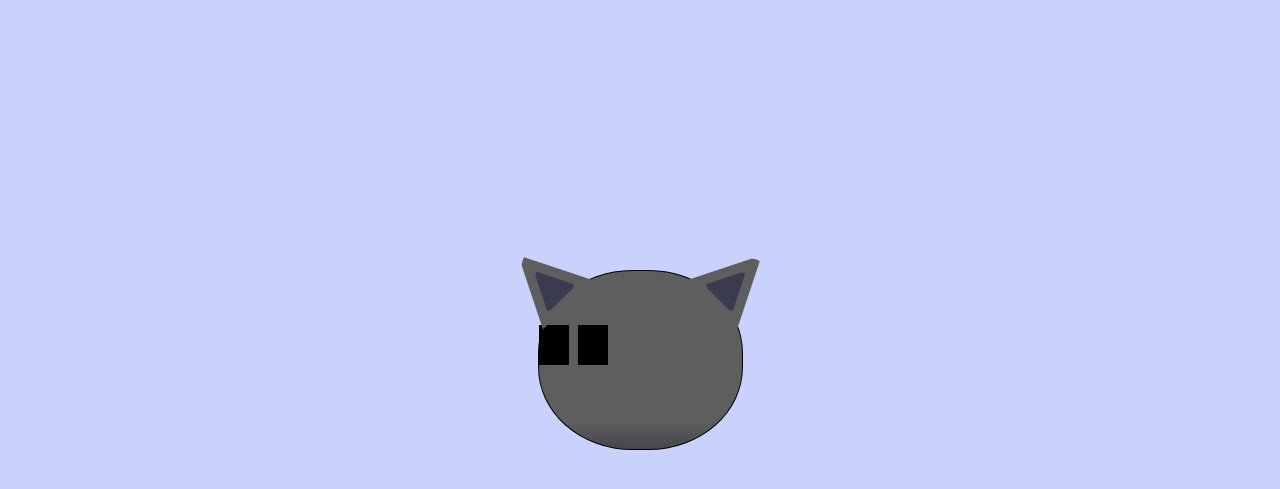
Repository: Lungdjos/cat_painting
Page: index.html
The author's editor kept a copy of each file at every save. The page is drawn from the files as they stood at one save, then again after a run of saves.
The browser window is 1280 px wide. The pictures show the whole page.

Above is the page before, as saved 2023-11-09 23:08:34.

### index.html
<!DOCTYPE html>
<html lang="en">

<head>
    <meta charset="UTF-8">
    <meta name="viewport" content="width=device-width, initial-scale=1.0">
    <title>fCC Cat Painting</title>
    <link rel="stylesheet" href="./styles.css">
</head>

<body>
    <main>
        <div class="cat-head">
            <div class="cat-ears">
                <div class="cat-right-ear">
                    <div class="cat-right-inner-ear"></div>
                </div>
                <div class="cat-left-ear">
                    <div class="cat-left-inner-ear"></div>
                </div>
            </div>
            <div class="cat-eyes">
                <div class="cat-left-eye">
                    <div class="cat-left-inner-eye"></div>
                </div>
                <div class="cat-right-eye">
                    <div class="cat-right-inner-eye"></div>
                </div>

            </div>
        </div>
    </main>

</body>

</html>

### styles.css
* {
    box-sizing: border-box;
}

body {
    background-color: #c9d2fc;
}

.cat-head {
    position: absolute;
    right: 0;
    left: 0;
    top: 0;
    bottom: 0;
    margin: auto;
    background: linear-gradient(#5e5e5e 85%, #45454f 100%);
    width: 205px;
    height: 180px;
    border: 1px solid #000;
    border-radius: 46%;
}

.cat-left-ear {
    position: absolute;
    top: -26px;
    left: -31px;
    z-index: 1;
    border-top-left-radius: 90px;
    border-top-right-radius: 10px;
    transform: rotate(-45deg);
    border-left: 35px solid transparent;
    border-right: 35px solid transparent;
    border-bottom: 70px solid #5e5e5e;
}

.cat-right-ear {
    position: absolute;
    top: -26px;
    left: 163px;
    transform: rotate(45deg);
    border-top-left-radius: 90px;
    border-top-right-radius: 10px;
    border-left: 35px solid transparent;
    border-right: 35px solid transparent;
    border-bottom: 70px solid #5e5e5e;
    z-index: 1;
}

.cat-left-inner-ear {
    border-left: 20px solid transparent;
    border-right: 20px solid transparent;
    border-bottom: 40px solid #3b3b4f;
    position: absolute;
    top: 22px;
    left: -20px;
    border-top-right-radius: 10px;
    border-top-left-radius: 90px;
    border-bottom-left-radius: 40%;
    border-bottom-right-radius: 40%;
}

.cat-right-inner-ear {
    border-left: 20px solid transparent;
    border-right: 20px solid transparent;
    border-bottom: 40px solid #3b3b4f;
    position: absolute;
    top: 22px;
    left: -20px;
    border-top-right-radius: 10px;
    border-top-left-radius: 90px;
    border-bottom-left-radius: 40%;
    border-bottom-right-radius: 40%;
}


/* .cat-left-inner-ear {
    border-left: 10px solid transparent;
    border-right: 10px solid transparent;
    border-bottom: 20px solid #fff;
    position: absolute;
    top: 11px;
    left: -10px;
    border-top-right-radius: 10px;
    border-top-left-radius: 90px;
    border-bottom-left-radius: 40%;
    border-bottom-right-radius: 40%;
    z-index: -1;
}

.cat-right-inner-ear {
    border-left: 10px solid transparent;
    border-right: 10px solid transparent;
    border-bottom: 20px solid #fff;
    position: absolute;
    top: 11px;
    left: -10px;
    border-top-right-radius: 10px;
    border-top-left-radius: 90px;
    border-bottom-left-radius: 40%;
    border-bottom-right-radius: 40%;
    z-index: -1;
} */

.cat-left-eye {
    width: 30px;
    height: 40px;
    background-color: #000;
    position: absolute;
    top: 54px;
    left: 39px;
}

.cat-right-eye {
    width: 30px;
    height: 40px;
    background-color: #000;
    position: absolute;
    top: 54px;
    right:
}

After the next 2 saves:
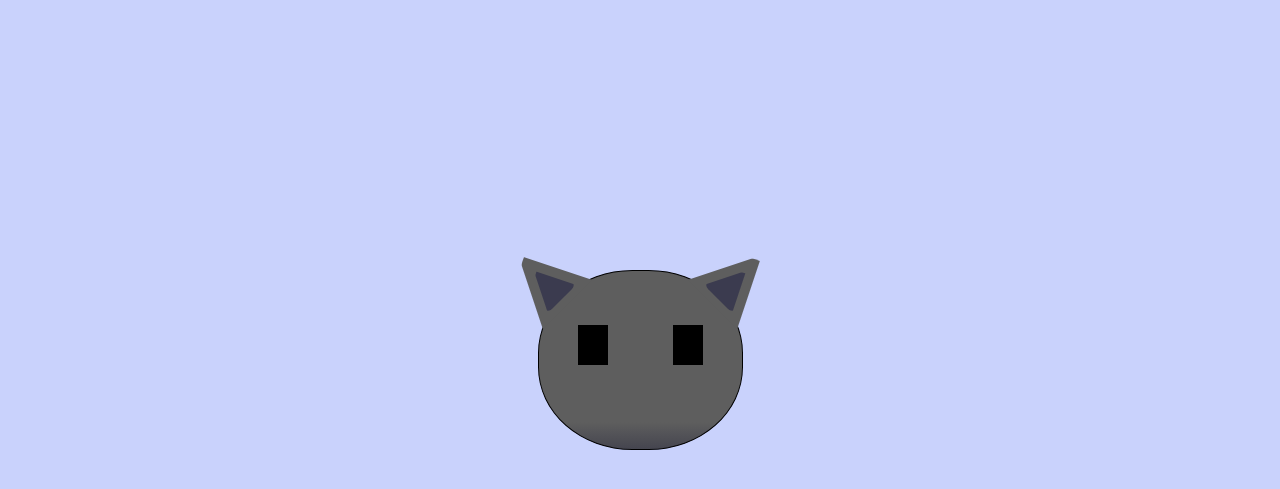
The 2 saves are shown as one change because they came seconds apart.
The last was saved 7 s later.
--- a/styles.css
+++ b/styles.css
@@ -116,5 +116,5 @@ body {
     background-color: #000;
     position: absolute;
     top: 54px;
-    right:
+    right: 39px;
 }
